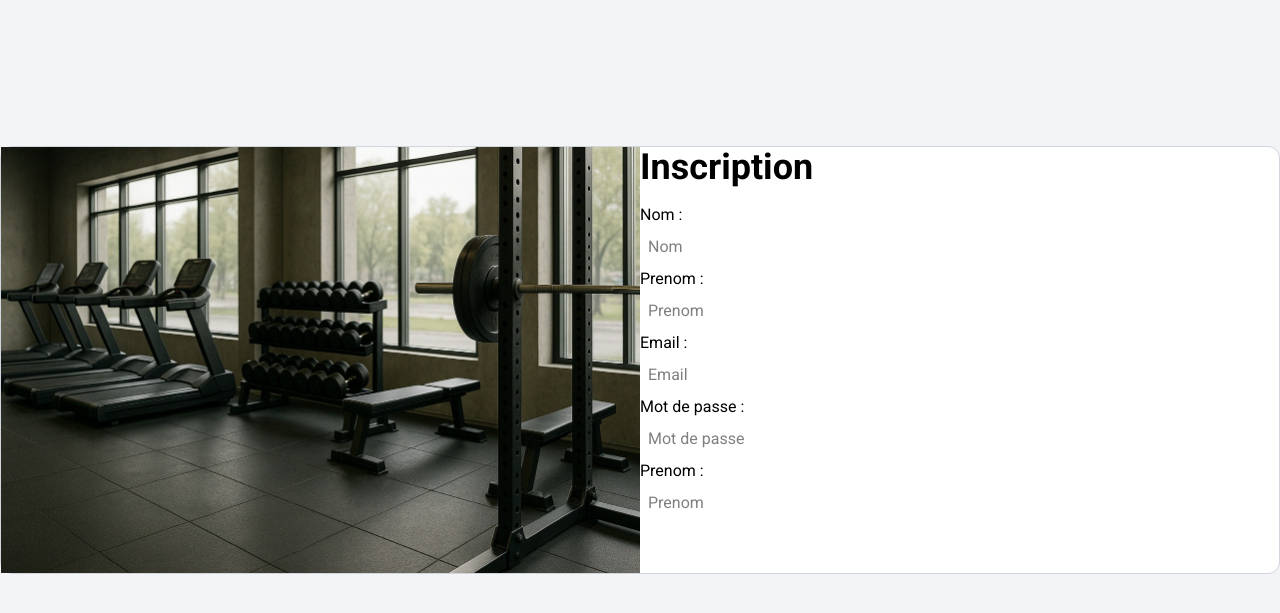
Repository: fahchouchsm/clubSportifWeb
Page: src/pages/inscription.html
These files come from the project's save history. The page is drawn as it stood at one moment and after the next save; the edit follows.
The browser window is 1280 px wide. The pictures show the whole page.

Above is the page before, as saved 2025-04-16 19:44:22.

### src/pages/inscription.html
<!doctype html>
<html lang="en">
  <head>
    <meta charset="UTF-8" />
    <meta name="viewport" content="width=device-width, initial-scale=1.0" />
    <link href="../css/output.css" rel="stylesheet" />
    <link rel="stylesheet" href="../css/main.css" />
    <link rel="stylesheet" href="../css/style.css" />
    <title>Document</title>
  </head>
  <body>
    <div
      class="flex h-screen w-screen items-center justify-center bg-gray-100 px-10"
    >
      <main
        class="mx-auto flex rounded-xl border border-gray-300 bg-white shadow-lg shadow-gray-400"
      >
        <img
          src="../../public/imgs/salleInterieur.jpeg"
          class="h-full w-1/2 rounded-s-lg object-cover"
          alt=""
        />
        <form
          action="../php/inscription.php"
          method="post"
          class="flex w-1/2 flex-col gap-4 p-6"
        >
          <h1 class="text-4xl font-bold">Inscription</h1>
          <!-- inputs -->
          <div class="grid w-full grid-cols-2 gap-4">
            <!-- Nom -->
            <div class="">
              <label for="nom"> Nom : </label>
              <input
                class="input-style"
                type="text"
                name="nom"
                id="nom"
                placeholder="Nom"
                pattern="[a-zA-Z ]{3,30}"
                required
              />
            </div>
            <!-- Prenom -->
            <div class="">
              <label for="prenom">Prenom :</label
              ><input
                type="text"
                class="input-style"
                name="prenom"
                placeholder="Prenom"
                pattern="[a-zA-Z ]{3,30}"
                id="prenom"
                required
              />
            </div>
            <!-- Email -->
            <div class="col-span-2">
              <label for="email">Email :</label
              ><input
                type="text"
                class="input-style"
                name="email"
                placeholder="Email"
                pattern="[a-zA-Z0-9._%+-]+@[a-zA-Z0-9.-]+\.[a-zA-Z]{2,}"
                id="email"
                required
              />
            </div>
            <!-- pass -->
            <div class="">
              <label for="pass">Mot de passe : </label>
              <input
                class="input-style"
                type="text"
                name="motdepasse"
                id="pass"
                placeholder="Mot de passe"
                pattern="[a-zA-Z ]{3,30}"
                required
              />
            </div>
            <!-- Prenom -->
            <div class="">
              <label for="prenom">Prenom :</label
              ><input
                type="text"
                class="input-style"
                name="prenom"
                placeholder="Prenom"
                pattern="[a-zA-Z ]{3,30}"
                id="prenom"
                required
              />
            </div>
          </div>
          <button type="submit" class="ml-auto bg-gray-500 text-white">
            S'inscrire
          </button>
        </form>
      </main>
    </div>
    <script src="../js/style.js"></script>
  </body>
</html>

### src/css/main.css
@import url("https://fonts.googleapis.com/css2?family=Roboto:wght@400;700&display=swap");

body {
  font-family: "Roboto", sans-serif;
}

### src/css/style.css
/* styles.css */
.input-style {
  @apply block w-full rounded-lg border-2 border-gray-300 p-2 focus:border-blue-500 focus:outline-none;
}

Loaded but not shown: src/js/style.js (39 lines, source omitted); src/css/output.css (1058 lines, source omitted)

After the next save:
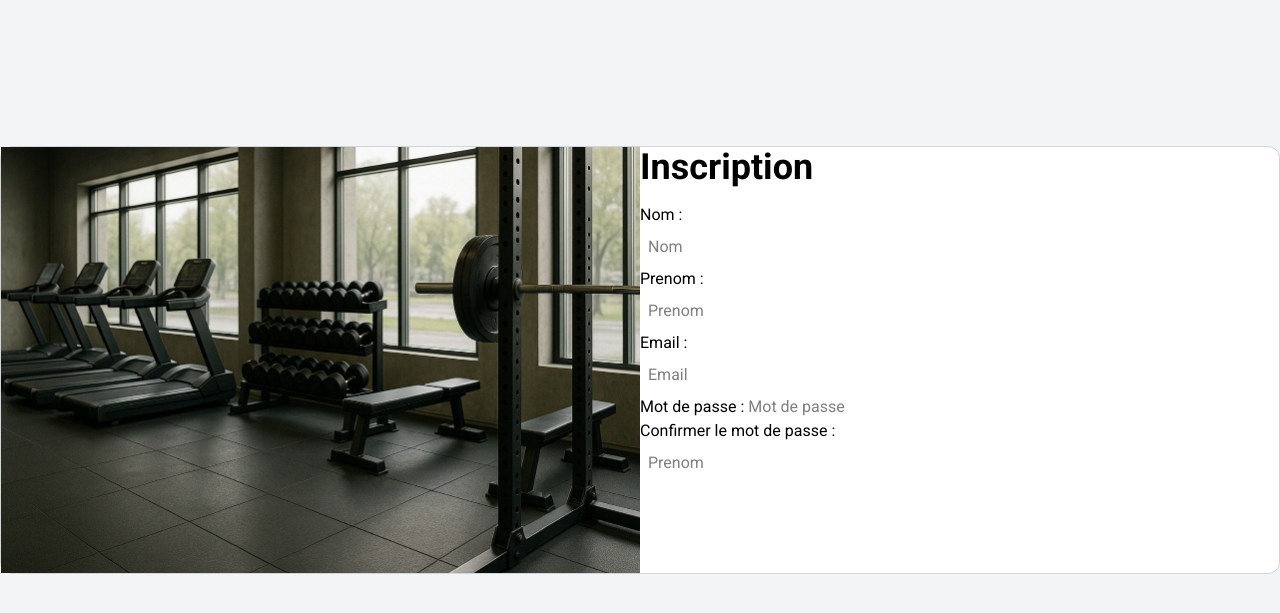
Saved 51 s later.
--- a/src/pages/inscription.html
+++ b/src/pages/inscription.html
@@ -72,7 +72,7 @@
               <label for="pass">Mot de passe : </label>
               <input
                 class="input-style"
-                type="text"
+                type="password"
                 name="motdepasse"
                 id="pass"
                 placeholder="Mot de passe"
@@ -80,9 +80,9 @@
                 required
               />
             </div>
-            <!-- Prenom -->
+            <!-- confPass -->
             <div class="">
-              <label for="prenom">Prenom :</label
+              <label for="confPass">Confirmer le mot de passe :</label
               ><input
                 type="text"
                 class="input-style"
